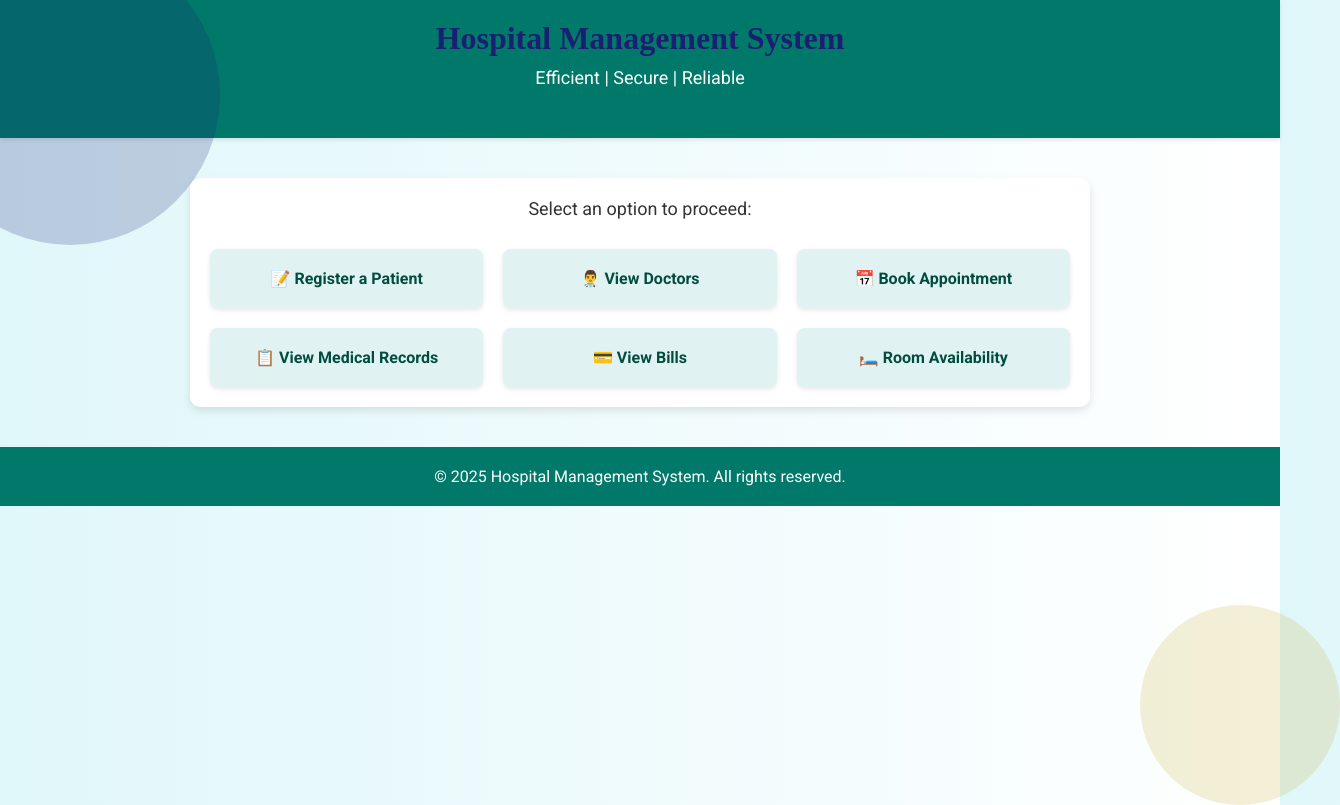
Repository: shreeshskatti/hospital_management_system
Page: http://localhost/
The author's editor kept a copy of each file at every save. The page is drawn from the files as they stood at one save, then again after the next save.
The browser window is 1280 px wide. The page is 1340 px wide, so the pictures cover 1340 px, including what lies to the right of the window. The pictures show the whole page.
Some web fonts or font styles are not loaded; a fallback is used. The page is run by PHP 8.4 with error messages shown; the project is at /var/www/html/.

Above is the page before, as saved 2025-05-29 21:49:06.

After the next save:
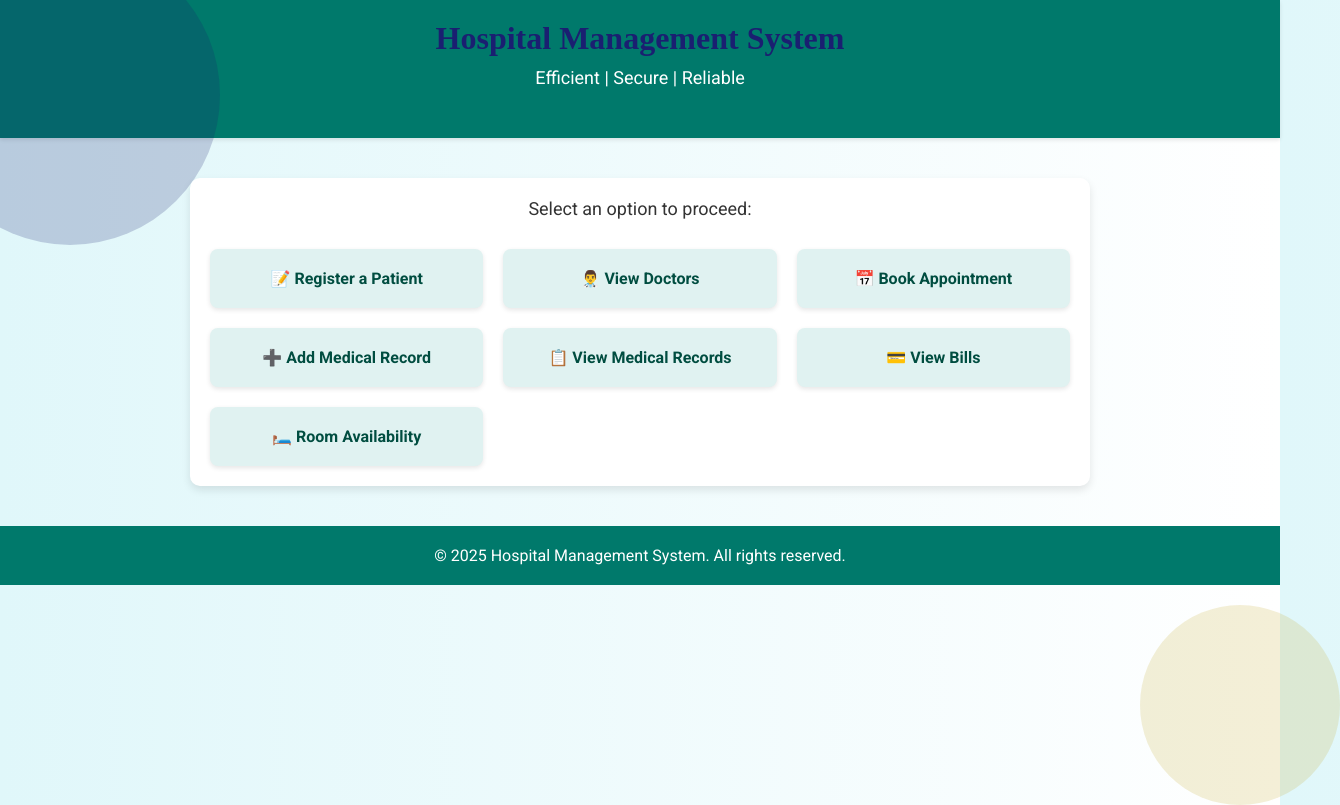
Saved 85 s later.
--- a/index.php
+++ b/index.php
@@ -84,10 +84,10 @@
       <li><a href="patients/add_patient.php">📝 Register a Patient</a></li>
       <li><a href="doctors/view_doctors.php">👨‍⚕️ View Doctors</a></li>
       <li><a href="appointments/book_appointment.php">📅 Book Appointment</a></li>
+      <li><a href="medical_records/add_record.php">➕ Add Medical Record</a></li> <!-- Added link -->
       <li><a href="medical_records/view_records.php">📋 View Medical Records</a></li>
       <li><a href="bills/view_bills.php">💳 View Bills</a></li>
       <li><a href="rooms/view_rooms.php">🛏️ Room Availability</a></li>
-      <!-- Treatments link removed -->
     </ul>
   </div>
 
